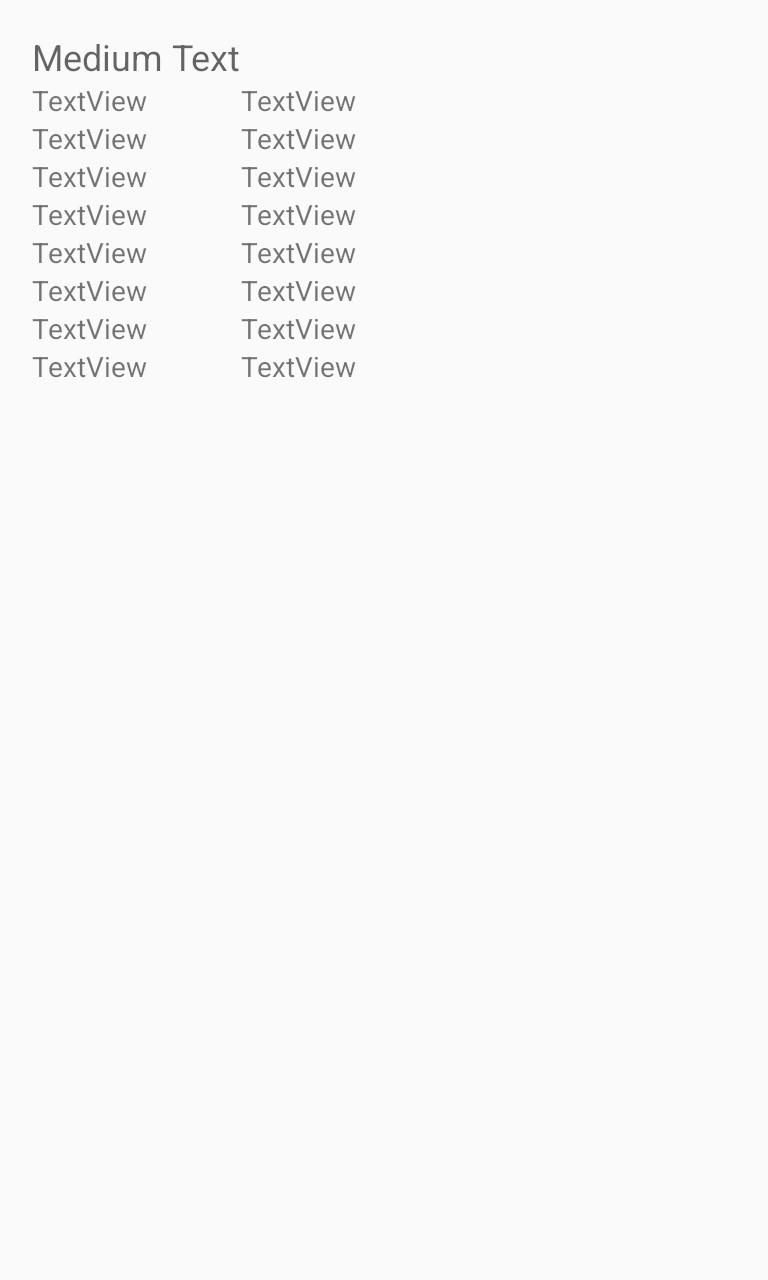
Repository: vphilippon/IFT606_Project
Layout: workspace/WifiApp/res/layout/fragment_detailed_scan_result.xml
The author's editor kept a copy of each file at every save. The layout is drawn from the files as they stood at one save, then again after a run of saves.
It is drawn on a 768 x 1280 px phone screen (xhdpi) without system bars, with theme AppTheme; the app's code is not run.

Above is the layout before, as saved 2014-07-14 22:05:39.

### workspace/WifiApp/res/layout/fragment_detailed_scan_result.xml
<TableLayout xmlns:android="http://schemas.android.com/apk/res/android"
    xmlns:tools="http://schemas.android.com/tools"
    android:layout_width="match_parent"
    android:layout_height="match_parent"
    android:paddingBottom="@dimen/activity_vertical_margin"
    android:paddingLeft="@dimen/activity_horizontal_margin"
    android:paddingRight="@dimen/activity_horizontal_margin"
    android:paddingTop="@dimen/activity_vertical_margin"
    tools:context="com.example.wifiapp.DetailedScanResultActivity$PlaceholderFragment" >

    <TableRow
        android:id="@+id/tableRow1"
        android:layout_width="wrap_content"
        android:layout_height="wrap_content" >

        <TextView
        android:id="@+id/textView1"
        android:layout_width="wrap_content"
        android:layout_height="wrap_content"
        android:text="Medium Text"
        android:textAppearance="?android:attr/textAppearanceMedium" />

    </TableRow>

    <TableRow
        android:id="@+id/tableRow2"
        android:layout_width="wrap_content"
        android:layout_height="wrap_content" >
    </TableRow>

    <TableRow
        android:id="@+id/tableRow3"
        android:layout_width="wrap_content"
        android:layout_height="wrap_content" >

        <TextView
            android:id="@+id/textView2"
            android:layout_width="wrap_content"
            android:layout_height="wrap_content"
            android:text="TextView" />

        <TextView
            android:id="@+id/textView4"
            android:layout_width="wrap_content"
            android:layout_height="wrap_content"
            android:text="TextView" />

    </TableRow>

    <TableRow
        android:id="@+id/tableRow4"
        android:layout_width="wrap_content"
        android:layout_height="wrap_content" >

        <TextView
            android:id="@+id/textView3"
            android:layout_width="wrap_content"
            android:layout_height="wrap_content"
            android:text="TextView" />

        <TextView
            android:id="@+id/textView5"
            android:layout_width="wrap_content"
            android:layout_height="wrap_content"
            android:text="TextView" />

    </TableRow>

    <TableRow
        android:id="@+id/tableRow5"
        android:layout_width="wrap_content"
        android:layout_height="wrap_content" >

        <TextView
            android:id="@+id/textView6"
            android:layout_width="wrap_content"
            android:layout_height="wrap_content"
            android:text="TextView" />

        <TextView
            android:id="@+id/textView7"
            android:layout_width="wrap_content"
            android:layout_height="wrap_content"
            android:text="TextView" />

    </TableRow>

    <TableRow
        android:id="@+id/tableRow6"
        android:layout_width="wrap_content"
        android:layout_height="wrap_content" >

        <TextView
            android:id="@+id/textView8"
            android:layout_width="wrap_content"
            android:layout_height="wrap_content"
            android:text="TextView" />

        <TextView
            android:id="@+id/textView9"
            android:layout_width="wrap_content"
            android:layout_height="wrap_content"
            android:text="TextView" />

    </TableRow>

    <TableRow
        android:id="@+id/tableRow7"
        android:layout_width="wrap_content"
        android:layout_height="wrap_content" >

        <TextView
            android:id="@+id/textView10"
            android:layout_width="wrap_content"
            android:layout_height="wrap_content"
            android:text="TextView" />

        <TextView
            android:id="@+id/textView11"
            android:layout_width="wrap_content"
            android:layout_height="wrap_content"
            android:text="TextView" />

    </TableRow>

    <TableRow
        android:id="@+id/tableRow8"
        android:layout_width="wrap_content"
        android:layout_height="wrap_content" >

        <TextView
            android:id="@+id/textView12"
            android:layout_width="wrap_content"
            android:layout_height="wrap_content"
            android:text="TextView" />

        <TextView
            android:id="@+id/textView15"
            android:layout_width="wrap_content"
            android:layout_height="wrap_content"
            android:text="TextView" />

    </TableRow>

    <TableRow
        android:id="@+id/tableRow9"
        android:layout_width="wrap_content"
        android:layout_height="wrap_content" >

        <TextView
            android:id="@+id/textView13"
            android:layout_width="wrap_content"
            android:layout_height="wrap_content"
            android:text="TextView" />

        <TextView
            android:id="@+id/textView16"
            android:layout_width="wrap_content"
            android:layout_height="wrap_content"
            android:text="TextView" />

    </TableRow>

    <TableRow
        android:id="@+id/tableRow10"
        android:layout_width="wrap_content"
        android:layout_height="wrap_content" >

        <TextView
            android:id="@+id/textView14"
            android:layout_width="wrap_content"
            android:layout_height="wrap_content"
            android:text="TextView" />

        <TextView
            android:id="@+id/textView17"
            android:layout_width="wrap_content"
            android:layout_height="wrap_content"
            android:text="TextView" />

    </TableRow>

</TableLayout>

Loaded but not shown: workspace/WifiApp/res/values/styles.xml (common file); workspace/WifiApp/res/values-v11/styles.xml (common file); workspace/WifiApp/res/values-v14/styles.xml (common file); workspace/WifiApp/res/values/dimens.xml (common file); workspace/WifiApp/res/values-w820dp/dimens.xml (common file)

After the next 2 saves:
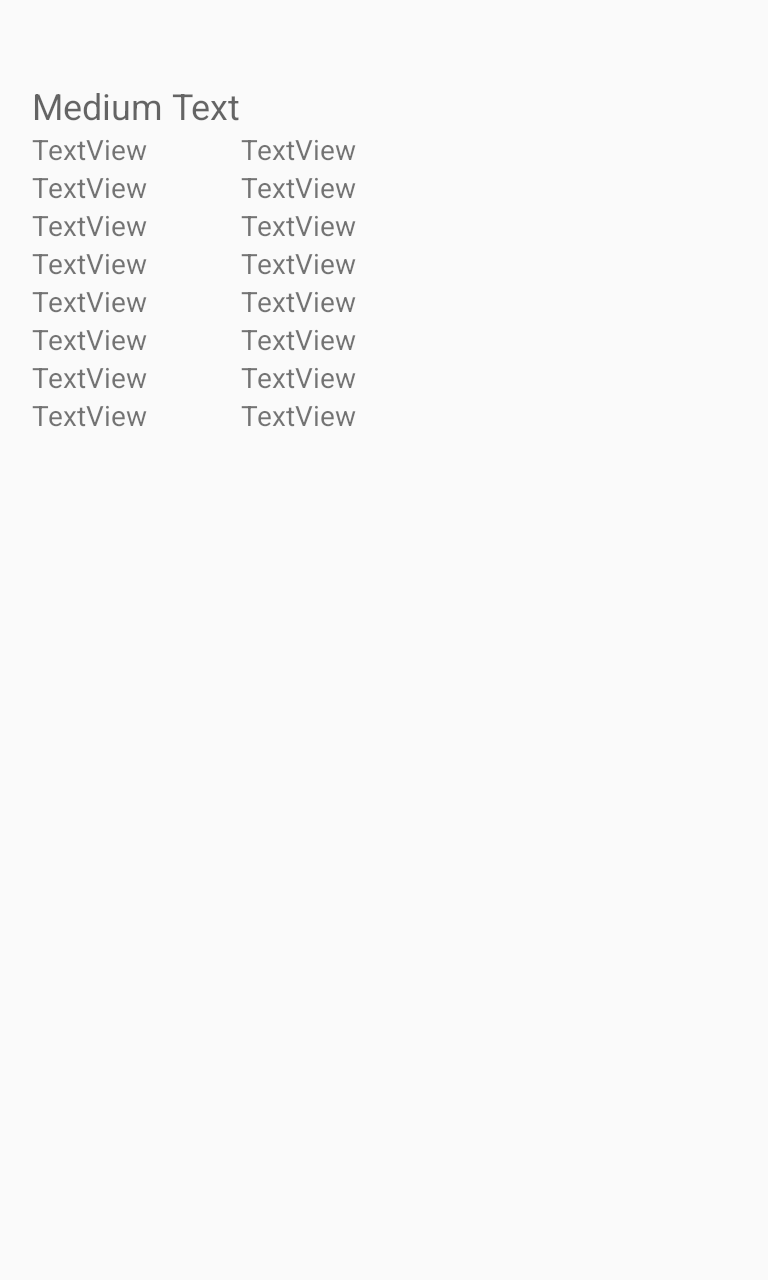
The 2 saves are shown as one change because they came seconds apart.
The last was saved 18 h 5 min later.
--- a/workspace/WifiApp/res/layout/fragment_detailed_scan_result.xml
+++ b/workspace/WifiApp/res/layout/fragment_detailed_scan_result.xml
@@ -7,6 +7,19 @@
     android:paddingRight="@dimen/activity_horizontal_margin"
     android:paddingTop="@dimen/activity_vertical_margin"
     tools:context="com.example.wifiapp.DetailedScanResultActivity$PlaceholderFragment" >
+
+    <TableRow
+        android:id="@+id/tableRow0"
+        android:layout_width="wrap_content"
+        android:layout_height="wrap_content" >
+
+        <TextView
+        android:id="@+id/textViewIp"
+        android:layout_width="wrap_content"
+        android:layout_height="wrap_content"
+        android:textAppearance="?android:attr/textAppearanceMedium" />
+
+    </TableRow>
 
     <TableRow
         android:id="@+id/tableRow1"
